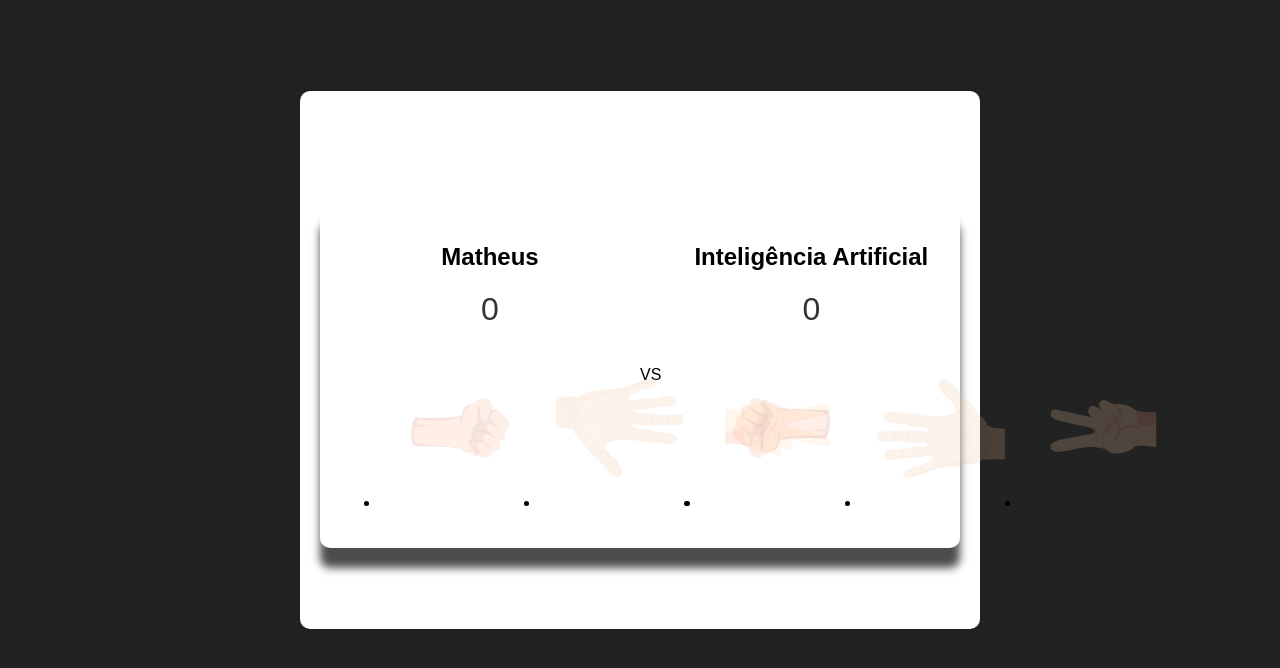
Repository: Matheus904-12/Pedra-Papel
Page: index.html
An editor plug-in stored every save of this project. The page is shown before and after the next save, followed by the edit.
The browser window is 1280 px wide. The pictures show the whole page.

Above is the page before, as saved 2023-08-28 22:15:39.

### index.html
<!DOCTYPE html>
<html lang="en">
<head>
    <meta charset="UTF-8">
    <meta name="viewport" content="width=device-width, initial-scale=1.0">
    <title>Pedra, Papel e Tesoura</title>
    <link rel="stylesheet" href="style.css">
    <script src="script.js"></script>
</head>
<body>
    <center>
    <div class="box">
        <div class="container">
            <h1 id="titulo">Pedra, Papel e Tesoura</h1>
            <div class="placar" id="placar">
                <div class="jogador">
                    <h2 id="jogadorNome">Matheus</h2>
                    <p id="jogadorPontos">0</p>
                    <ul class="escolhas" id="jogadorEscolha">
                        <li>
                            <a id="jogadorEscolha1" class="escolha" onclick="jogar(1)">
                                <img src="img/1-removebg-preview.png" alt="">
                            </a>
                        </li>
                        <li>
                            <a id="jogadorEscolha2" class="escolha" onclick="jogar(2)">
                                <img src="img/2-removebg-preview.png" alt="">
                            </a>
                        </li>
                        <li>
                            <a id="jogadorEscolha3" class="escolha" onclick="jogar(3)">
                                <img src="img/3-removebg-preview.png" alt="">
                            </a>
                        </li>
                    </ul>
                </div>
                <div id="versus">VS</div>
                <div class="computador">
                    <h2 id="computadorNome">Inteligência Artificial</h2>
                    <p id="computadorPontos">0</p>
                    <ul class="escolhas" id="computadorEscolha">
                        <li>
                            <a id="computadorEscolha1" class="escolha">
                                <img src="img2/1.png" alt="">
                            </a>
                        </li>
                        <li>
                            <a id="computadorEscolha2" class="escolha">
                                <img src="img2/2.png" alt="">
                            </a>
                        </li>
                        <li>
                            <a id="computadorEscolha3" class="escolha">
                                <img src="img2/3.png" alt="">
                            </a>
                        </li>
                    </ul>
                </div>
            </div>
            <div class="mensagem"><p id="mensagem"class="result-message">&nbsp;</p>
    </div>
</center>
</body>
</html>

### style.css
/* Estilos para as escolhas do jogador e do computador */
ul#jogadorEscolha li a,
ul#computadorEscolha li a {
    opacity: 0.2;
    transition: ease-in-out 0.3s;
}

ul#jogadorEscolha li a:hover,
ul#jogadorEscolha li a.selecionado,
ul#computadorEscolha li a.selecionado {
    opacity: 1;
}

/* Estilos gerais */
body {
    font-family: 'Arial', sans-serif;
    background-color: #222;
    margin: 0;
    padding: 0;
    transition: background-color 0.5s ease;
    display: flex;
    align-items: center;
    justify-content: center;
    min-height: 100vh;
}

/* Estilo do container principal */
.box {
    display: flex;
    flex-direction: column;
    align-items: center;
    justify-content: center;
    background-color: #fff;
    box-shadow: 0 0 10px rgba(0, 0, 0, 0.1);
    border-radius: 10px;
    padding: 20px;
    margin: 20px;
}

/* Estilo do título */
#titulo {
    font-size: 2.5rem;
    color: #fff;
    margin-bottom: 20px;
}

/* Estilo do placar */
.placar {
    display: flex;
    align-items: center;
    justify-content: space-between;
    padding: 20px;
    background-color: #fff;
    border-radius: 10px;
    box-shadow: 0 20px 8px rgba(0, 0, 0, 0.7);
    width: 100%;
    max-width: 600px;
    margin-top: 20px;
}

.jogador,
.computador {
    width: 50%;
}

.jogador p,
.computador p {
    font-size: 2rem;
    color: #333;
    margin: 0;
}

.escolhas {
    display: flex;
    justify-content: space-around;
    margin-top: 20px;
}

.escolhas img {
    max-width: 160px;
    cursor: pointer;
    transition: transform 0.3s ease;
}

.escolhas img:hover {
    transform: scale(1.1);
}

/* Estilo do resultado/mensagem */
.result-message {
    font-size: 1.2rem;
    margin-top: 20px;
    color: #fff;
}

.result-message.vitoria {
    color: #4CAF50;
}

.result-message.derrota {
    color: #FF5733;
}

.result-message.empate {
    color: #FFC300;
}

/* Estilo do botão reiniciar */
.reiniciar-jogo {
    background-color: #3498db;
    border: none;
    color: white;
    padding: 10px 20px;
    text-align: center;
    text-decoration: none;
    display: inline-block;
    font-size: 16px;
    border-radius: 5px;
    cursor: pointer;
    transition: background-color 0.3s ease;
    margin-top: 20px;
}

.reiniciar-jogo:hover {
    background-color: #2980b9;
}

/* Estilo do histórico */
.historico {
    text-align: center;
    margin-top: 20px;
}

.historico-toggle {
    background-color: #333;
    border: none;
    color: white;
    padding: 5px 10px;
    font-size: 14px;
    border-radius: 5px;
    cursor: pointer;
    transition: background-color 0.3s ease;
}

.historico-toggle:hover {
    background-color: #222;
}

.historico-list {
    list-style: none;
    padding: 0;
    display: none;
    text-align: left;
}

.historico-list li {
    font-size: 14px;
    margin-bottom: 5px;
    color: #fff;
}

### script.js
let jogadorEscolha = 0;
let jogadorPontos = 0;
let computadorEscolha = 0;
let computadorPontos = 0;
let ganhador = -1;
let historico = [];

function jogar(escolha){
    jogadorEscolha = escolha;
    computadorEscolha = Math.floor(Math.random() * 3) + 1;


/*PEDRA = 1
  PAPEL = 2
  TESOURA = 3
*/

if (jogadorEscolha == 1 && computadorEscolha == 1) {
    ganhador = 0;
    //*PEDRA = PEDRA*//
} else if (jogadorEscolha == 1 && computadorEscolha == 2) {
    ganhador = 2;
    //PEDRA E PAPEL = PAPEL//
} else if (jogadorEscolha == 1 && computadorEscolha == 3) {
    ganhador = 1;
    //PEDRA E TESOURA = PEDRA//
} else if (jogadorEscolha == 2 && computadorEscolha == 1) {
    ganhador = 1;
    //PAPEL E PEDRA = PEDRA
} else if (jogadorEscolha == 2 && computadorEscolha == 2) {
    ganhador =  0;
    //PAPEL E PAPEL = NADA
} else if (jogadorEscolha == 2 && computadorEscolha == 3) {
    ganhador = 2;
    //PAPEL E TESOURA = TESOURA
} else if (jogadorEscolha == 3 && computadorEscolha == 1) {
    ganhador = 2;
    //TESOURA E PEDRA = PEDRA
} else if (jogadorEscolha == 3 && computadorEscolha == 2) {
    ganhador = 1;
    //TESOURA E PAPEL = TESOURA
} else if (jogadorEscolha == 3 && computadorEscolha == 3) {
    ganhador = 0;
    //TESOURA E TESOURA = EMPATE
}


document.getElementById('jogadorEscolha1').classList.remove('selecionado');
document.getElementById('jogadorEscolha2').classList.remove('selecionado');
document.getElementById('jogadorEscolha3').classList.remove('selecionado');
document.getElementById('computadorEscolha1').classList.remove('selecionado');
document.getElementById('computadorEscolha2').classList.remove('selecionado');
document.getElementById('computadorEscolha3').classList.remove('selecionado');



document.getElementById('jogadorEscolha'+jogadorEscolha).classList.add('selecionado');
document.getElementById('computadorEscolha'+computadorEscolha).classList.add('selecionado');


/*
EMPATE = 0;
JOGADOR = 1;
COMPUTADOR = 2;
*/


// Atualizar placar
if (ganhador === 1) {
    jogadorPontos++;
} else if (ganhador === 2) {
    computadorPontos++;
}

document.getElementById('jogadorPontos').textContent = jogadorPontos;
document.getElementById('computadorPontos').textContent = computadorPontos;


// Mensagem do resultado
let mensagem = '';
if (ganhador === 1) {
    mensagem = 'Você venceu!';
} else if (ganhador === 2) {
    mensagem = 'Você perdeu!';
} else {
    mensagem = 'Empate!';
}

// Adicionar ao histórico
historico.push({
    jogador: jogadorEscolha,
    computador: computadorEscolha,
    resultado: ganhador
});

// Atualizar elementos na página
document.getElementById('jogadorPontos').textContent = jogadorPontos;
document.getElementById('computadorPontos').textContent = computadorPontos;
document.querySelector('.result-message').textContent = mensagem;
document.querySelector('.result-message').className = `result-message ${ganhadorClass}`;

// Exibir histórico
mostrarHistorico();

// Adicionar classe de estilo à mensagem
let mensagemElement = document.getElementById('mensagem');
mensagemElement.classList.remove('vitoria', 'derrota', 'empate');
if (ganhador === 1) {
    mensagemElement.classList.add('vitoria');
} else if (ganhador === 2) {
    mensagemElement.classList.add('derrota');
} else {
    mensagemElement.classList.add('empate');
}
}

function mostrarHistorico() {
let historicoList = document.getElementById('historico-list');
historicoList.innerHTML = '';

for (let i = 0; i < historico.length; i++) {
    let item = historico[i];
    let resultado = '';
    if (item.resultado === 1) {
        resultado = 'Vitória';
    } else if (item.resultado === 2) {
        resultado = 'Derrota';
    } else {
        resultado = 'Empate';
    }

    let listItem = document.createElement('li');
    listItem.textContent = `Jogador: ${item.jogador} | Computador: ${item.computador} | Resultado: ${resultado}`;
    historicoList.appendChild(listItem);
}


document.getElementById('historico-toggle').addEventListener('click', function() {
    const historicoList = document.querySelector('.historico-list');
    historicoList.style.display = historicoList.style.display === 'none' ? 'block' : 'none';
    this.textContent = historicoList.style.display === 'none' ? 'Ver Histórico' : 'Esconder Histórico';
});

// Mensagem do resultado
let mensagem = '';
if (ganhador === 1) {
    mensagem = 'Você venceu!';
} else if (ganhador === 2) {
    mensagem = 'Você perdeu!';
} else {
    mensagem = 'Empate!';
}

// Adicionar ao histórico
historico.push({
    jogador: jogadorEscolha,
    computador: computadorEscolha,
    resultado: ganhador
});


// Atualizar elementos na página
document.getElementById('jogadorPontos').textContent = jogadorPontos;
document.getElementById('computadorPontos').textContent = computadorPontos;
document.querySelector('.result-message').textContent = mensagem;
document.querySelector('.result-message').className = `result-message ${ganhadorClass}`;


 // Adicionar classe de estilo à mensagem
let mensagemElement = document.querySelector('.mensagem');
mensagemElement.classList.remove('vitoria', 'derrota', 'empate');
if (ganhador === 1) {
    mensagemElement.classList.add('vitoria');
} else if (ganhador === 2) {
    mensagemElement.classList.add('derrota');
} else {
    mensagemElement.classList.add('empate');
}

// Atualizar estilo da página com base no resultado
document.querySelector('.box').className = `box ${ganhadorClass}`;




// Atualizar cor de fundo com base no resultado
if (ganhador === 1) {
    document.body.style.backgroundColor = '#4CAF50'; // Verde
} else if (ganhador === 2) {
    document.body.style.backgroundColor = '#FF5733'; // Vermelho
} else {
    document.body.style.backgroundColor = '#FFC300'; // Amarelo
}


// Selecionar escolha do jogador
document.getElementById(`jogadorEscolha${jogadorEscolha}`).classList.add('selecionado');


// Atualizar escolhas do jogador
document.getElementById(`jogadorEscolha${jogadorEscolha}`).classList.add('selecionado');
document.getElementById(`computadorEscolha${computadorEscolha}`).classList.add('selecionado');

// Atualizar estilo da página com base no resultado
document.querySelector('.box').className = `box ${ganhadorClass}`;

// Função para reiniciar o jogo
function reiniciarJogo() {
    jogadorPontos = 0;
    computadorPontos = 0;
    historico = [];
    limparEscolhas();
    atualizarPlacar();
    limparMensagem();
    mostrarHistorico();
    resetarEstiloPagina();
}

// Limpar escolhas selecionadas
function limparEscolhas() {
    document.querySelectorAll('.escolha').forEach(element => {
        element.classList.remove('selecionado');
    });
}

// Atualizar placar
function atualizarPlacar() {
    document.getElementById('jogadorPontos').textContent = jogadorPontos;
    document.getElementById('computadorPontos').textContent = computadorPontos;
}

// Limpar mensagem do resultado
function limparMensagem() {
    document.querySelector('.result-message').textContent = '';
    document.querySelector('.mensagem').className = 'mensagem';
}

// Resetar estilo da página
function resetarEstiloPagina() {
    document.querySelector('.box').className = 'box';
}

// Botão de reiniciar o jogo
document.getElementById('reiniciar-jogo').addEventListener('click', function() {
    reiniciarJogo();
});


// Função para reiniciar o jogo
function reiniciarJogo() {
    jogadorPontos = 0;
    computadorPontos = 0;
    historico = [];
    limparEscolhas();
    atualizarPlacar();
    limparMensagem();
    mostrarHistorico();
    resetarEstiloPagina();
}

// Limpar escolhas selecionadas
function limparEscolhas() {
    document.querySelectorAll('.escolha').forEach(element => {
        element.classList.remove('selecionado');
    });
}

// Atualizar placar
function atualizarPlacar() {
    document.getElementById('jogadorPontos').textContent = jogadorPontos;
    document.getElementById('computadorPontos').textContent = computadorPontos;
}

// Limpar mensagem do resultado
function limparMensagem() {
    document.querySelector('.result-message').textContent = '';
    document.querySelector('.mensagem').className = 'mensagem';
}

// Resetar estilo da página
function resetarEstiloPagina() {
    document.querySelector('.box').className = 'box';
}

// Botão de reiniciar o jogo
document.getElementById('reiniciar-jogo').addEventListener('click', function() {
    reiniciarJogo();
});


}

After the next save:
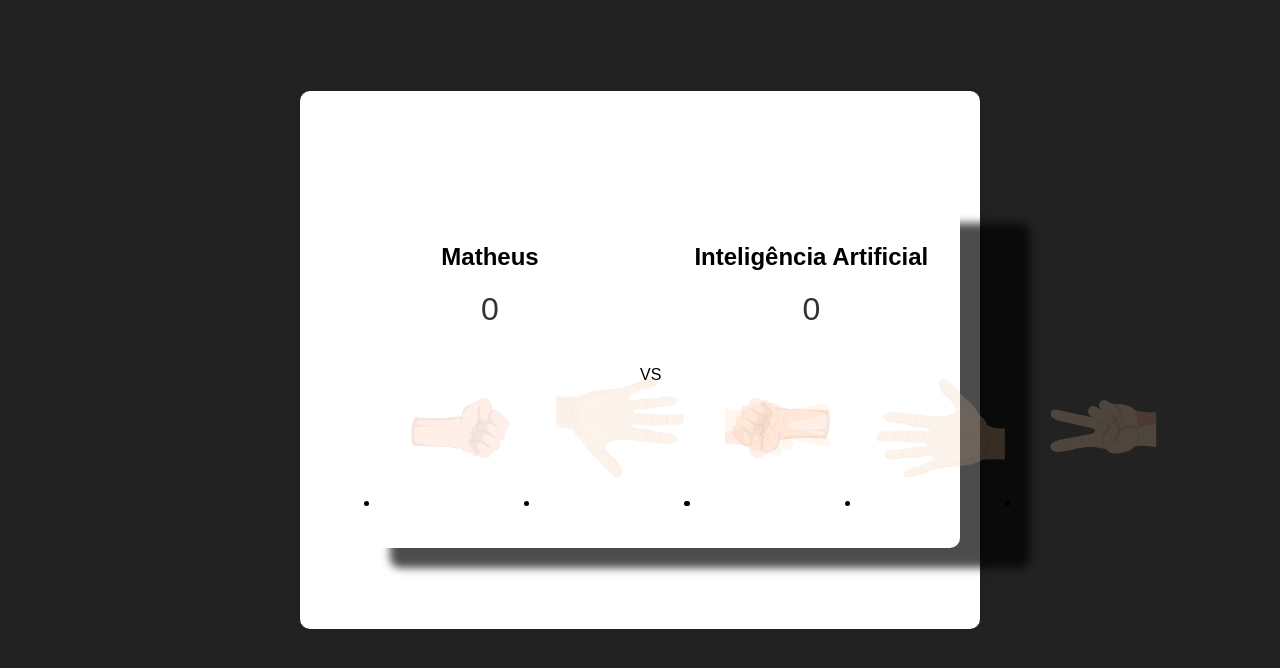
Saved 18 s later.
--- a/style.css
+++ b/style.css
@@ -52,7 +52,7 @@
     padding: 20px;
     background-color: #fff;
     border-radius: 10px;
-    box-shadow: 0 20px 8px rgba(0, 0, 0, 0.7);
+    box-shadow: 70px 20px 8px rgba(0, 0, 0, 0.7);
     width: 100%;
     max-width: 600px;
     margin-top: 20px;

After the save that followed:
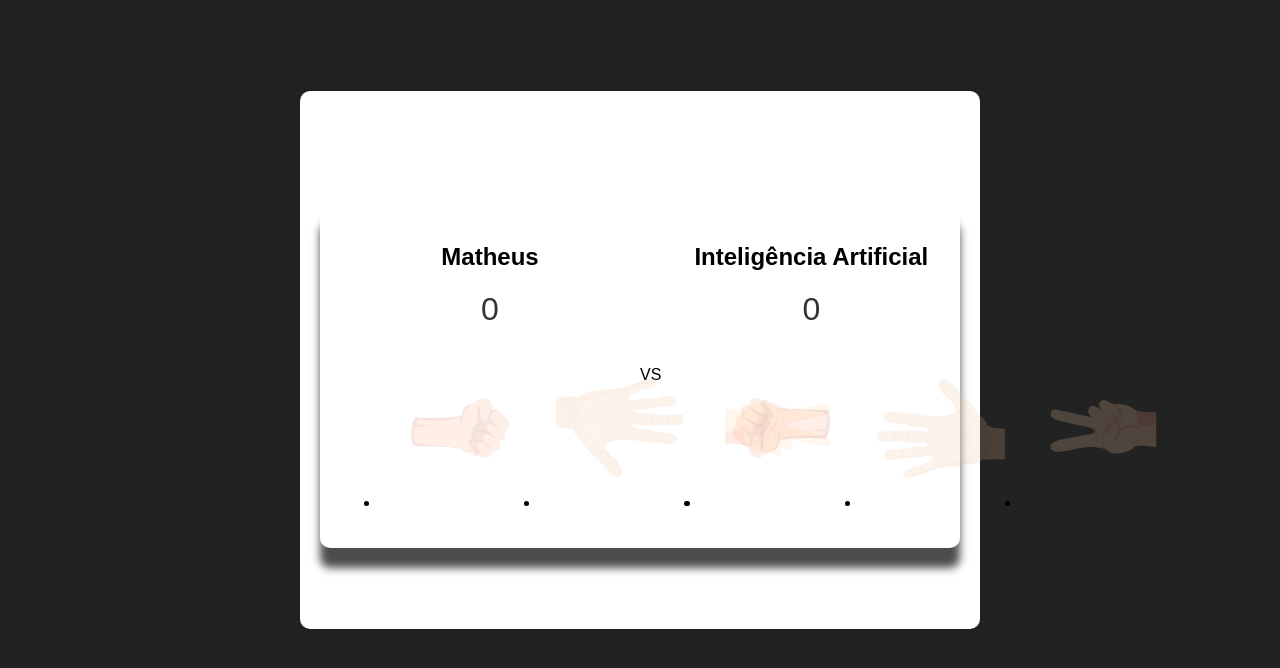
Saved 12 s later.
--- a/style.css
+++ b/style.css
@@ -52,7 +52,7 @@
     padding: 20px;
     background-color: #fff;
     border-radius: 10px;
-    box-shadow: 70px 20px 8px rgba(0, 0, 0, 0.7);
+    box-shadow: 0 20px 8px rgba(0, 0, 0, 0.7);
     width: 100%;
     max-width: 600px;
     margin-top: 20px;
